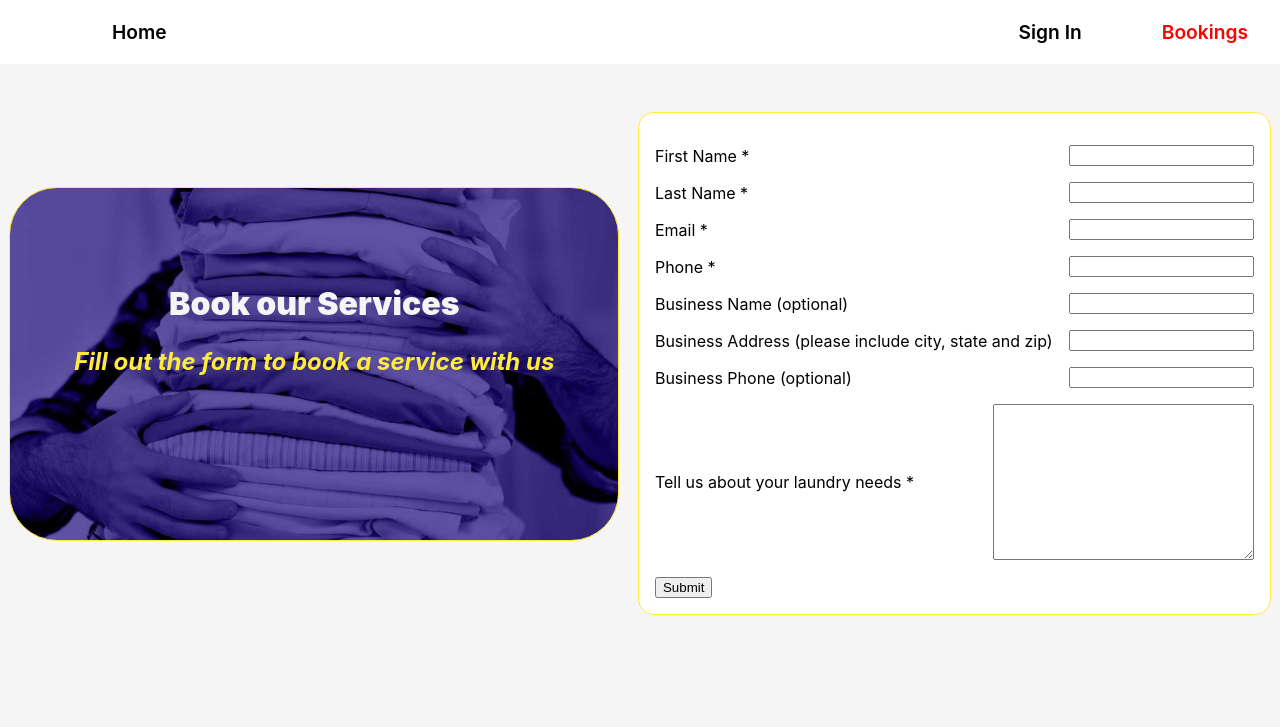
Repository: MikkyPrestige/fake-user-authentication
Page: /booking
These files come from the project's save history. The page is drawn as it stood at one moment and after the next save; the edit follows.
The browser window is 1280 px wide. The pictures show the whole page.
The project was rebuilt for these pictures with package versions that can differ from the ones it lists, and the page was loaded fresh each time. Also part of the build but not shown: src/assets/styles/home.css, src/components/home.jsx.

Above is the page before, as saved 2022-11-20 03:23:44.

### src/index.css
body {
  margin: 0;
  font-family: -apple-system, BlinkMacSystemFont, 'Segoe UI', 'Roboto', 'Oxygen',
    'Ubuntu', 'Cantarell', 'Fira Sans', 'Droid Sans', 'Helvetica Neue',
    sans-serif;
  -webkit-font-smoothing: antialiased;
  -moz-osx-font-smoothing: grayscale;
  /* background-image: url(./assets/img/pattern_blue-1.jpg);
  background-repeat: no-repeat;
  background-size: cover;
  background-position: center;
  background-attachment: fixed; */
}

code {
  font-family: source-code-pro, Menlo, Monaco, Consolas, 'Courier New',
    monospace;
}

### src/App.jsx
import React from "react";
import { Route, Routes } from "react-router-dom";
import { Home, Navigation, Booking } from "./components";

function App() {
  return (
    <div className="App">
      <Navigation />
      <Routes>
      <Route path="/" element={< Home />} />
      <Route path="/booking" element={< Booking />} />
      </Routes>
    </div>
  );

}

export default App;

### src/components/index.js
export { default as Home } from './home';
export { default as Navigation } from './navigation';
export { default as Booking } from './booking';

### src/components/navigation.jsx
// NAVIGATION COMPONENT

import React from "react";
import { NavLink } from "react-router-dom";
import "../assets/styles/navigation.css";

const Navigation = () => {
  return (
    <div className="navigation">
      <nav className="navigation__links">
        <div className="navigation--link">
          <NavLink
            style={({ isActive }) =>
              isActive ? { color: "red" } : { color: "black" }
            }
            to="/"
            className="navigation__link--item"
          >
            Home
          </NavLink>
        </div>
        <div className="navigation__link--wrapper">
          <NavLink
            style={({ isActive }) =>
              isActive ? { color: "red" } : { color: "black" }
            }
            to="/signIn"
            className="navigation__link--item"
          >
            Sign In
          </NavLink>
          <NavLink
            style={({ isActive }) =>
              isActive ? { color: "red" } : { color: "black" }
            }
            to="/booking"
            className="navigation__link--item"
          >
            Bookings
          </NavLink>
        </div>
      </nav>
    </div>
  );
};

export default Navigation;

### src/components/booking.jsx
// REGISTER COMPONENT: This component is for the form to register with the company in the app

import React from "react";
import { useState } from "react";
import "../assets/styles/booking.css";

const Booking = () => {
  // Create a state for the form
  const [form, setForm] = useState({
    firstName: "",
    lastName: "",
    email: "",
    businessName: "",
    businessAddress: "",
    businessPhone: "",
    order: "",
  });

  // Create a state for the error
  const [error, setError] = useState({});
  // Create a state for the success
  const [success, setSuccess] = useState(false);

  // Create a function to handle the change
  const handleChange = (e) => {
    const { name, value } = e.target;
    setForm({ ...form, [name]: value }); // A spread operator is used to copy the form object and then add the name and value to the form object and then set the form object to the new form object with the name and value added to it
  };

  // Create a function to handle the submit
  const handleSubmit = (e) => {
    e.preventDefault();
    console.log(form);
    // Validate the form
    const validate = () => {
      let error = {};
      if (!form.firstName) {
        error.firstName = "First name is required";
      }
      if (!form.lastName) {
        error.lastName = "Last name is required";
      }
      if (!form.email) {
        error.email = "Email is required";
      }
      if (!form.phone) {
        error.phone = "Phone Number is required";
      }
      if (!form.order) {
        error.order = "Order is required";
      }
      return error;
    };
    // Set the error
    setError(validate());
    // Check if there is no error
    if (Object.keys(validate()).length === 0) {
      setSuccess(true);
    }
  };

  return (
    <div className="booking">
      <div className="booking__wrapper">
        <div className="booking__content">
          <h1 className="booking__title">Book our Services</h1>
          <p className="booking__description">
            Fill out the form to book a service with us
          </p>
        </div>
        <form className="booking__form" onSubmit={handleSubmit}>
          <div className="booking__form--group">
            <label htmlFor="firstName" className="booking__form--label">
              First Name *
            </label>
            <input
              type="text"
              name="firstName"
              id="firstName"
              className="booking__form--input"
              onChange={handleChange}
              required
            />
            {error.firstName && (
              <p className="booking__form--error">{error.firstName}</p>
            )}
          </div>
          <div className="booking__form--group">
            <label htmlFor="lastName" className="booking_form--label">
              Last Name *
            </label>
            <input
              type="text"
              name="lastName"
              id="lastName"
              className="booking__form--input"
              onChange={handleChange}
              required
            />
            {error.lastName && (
              <p className="booking__form--error">{error.lastName}</p>
            )}
          </div>
          <div className="booking__form--group">
            <label htmlFor="email" className="booking__form--label">
              Email *
            </label>
            <input
              type="email"
              name="email"
              id="email"
              className="booking__form--input"
              onChange={handleChange}
              required
            />
            {error.email && (
              <p className="booking__form--error">{error.email}</p>
            )}
          </div>
          <div className="booking__form--group">
            <label htmlFor="phone" className="booking__form--label">
              Phone *
            </label>
            <input
              type="tel"
              name="phone"
              id="phone"
              className="booking__form--input"
              onChange={handleChange}
              required
            />
            {error.phone && (
              <p className="booking__form--error">{error.phone}</p>
            )}
          </div>
          <div className="booking__form--group">
            <label htmlFor="businessName" className="booking__form--label">
              Business Name (optional)
            </label>
            <input
              type="text"
              name="businessName"
              id="businessName"
              className="booking__form--input"
              onChange={handleChange}
            />
          </div>
          <div className="booking__form--group">
            <label htmlFor="businessAddress" className="booking__form--label">
              Business Address (please include city, state and zip)
            </label>
            <input
              type="text"
              name="businessAddress"
              id="businessAddress"
              className="booking__form--input"
              onChange={handleChange}
            />
          </div>
          <div className="booking__form--group">
            <label htmlFor="businessPhone" className="booking__form--label">
              Business Phone (optional)
            </label>
            <input
              type="text"
              name="businessPhone"
              id="businessPhone"
              className="booking__form--input"
              onChange={handleChange}
            />
          </div>
          <div className="booking__form--group">
            <label htmlFor="order" className="booking__form--label">
              Tell us about your laundry needs *
            </label>
            <textarea
              name="order"
              id="order"
              cols="30"
              rows="10"
              className="booking__form--input"
              onChange={handleChange}
              required
            ></textarea>
            {error.order && (
              <p className="booking__form--error">{error.order}</p>
            )}
          </div>
          <button className="booking__form--button">Submit</button>
        </form>
        {success && (
          <p className="booking__form--success">
            Your order is received and been fast tracked.
            <span>Thank you for choosing us.</span>
          </p>
        )}
      </div>
    </div>
  );
};

export default Booking;

### src/assets/styles/navigation.css
.navigation {
    background-color: #fff;
    height: 4rem;
    position: fixed;
    top: 0;
    width: 100%;
    z-index: 100;
}

.navigation__links {
    display: flex;
    justify-content: space-between;
    align-items: center;
    height: 100%;
    padding: 0 2rem;
}

.navigation__link--item {
    font-size: 1.2rem;
    font-weight: 600;
    text-decoration: none;
}

.navigation--link {
  margin-left: 5rem;
}

.navigation__link--wrapper {
  display: flex;
  align-items: center;
  gap: 5rem;
}

### src/assets/styles/booking.css
.booking {
  background: #f5f5f5;
  padding: 5rem 0;
}

.booking__wrapper {
  display: flex;
  justify-content: space-between;
  align-items: center;
  height: 100%;
}

.booking__content {
  width: 45%;
  height: 20rem;
  background-image: url(../img/folded-clothes.jpeg);
  background-repeat: no-repeat;
  background-size: cover;
  background-position: center;
  text-align: center;
  padding: 1rem;
  margin: 2rem auto;
  border: 1px solid #ffeb3b;
  border-radius: 3rem;
  -webkit-border-radius: 3rem;
  -moz-border-radius: 3rem;
  -ms-border-radius: 3rem;
  -o-border-radius: 3rem;
}

.booking__title {
  font-size: 2rem;
  font-weight: 900;
  color: #f5f5f5;
  margin-top: 5rem;
}

.booking__description {
  font-size: 1.5rem;
  font-style: italic;
  font-weight: 700;
  color: #ffeb3b;
}

.booking__form {
  background: #fff;
  padding: 1rem;
  margin: 2rem auto;
  border: 1px solid #ffeb3b;
  border-radius: 1rem;
  -webkit-border-radius: 1rem;
  -moz-border-radius: 1rem;
  -ms-border-radius: 1rem;
  -o-border-radius: 1rem;
}

.booking__form--group {
  display: flex;
  justify-content: space-between;
  align-items: center;
  gap: 1rem;
  margin: 1rem 0;
}

Loaded but not shown: public/index.html (common file); src/index.js (common file)

After the next save:
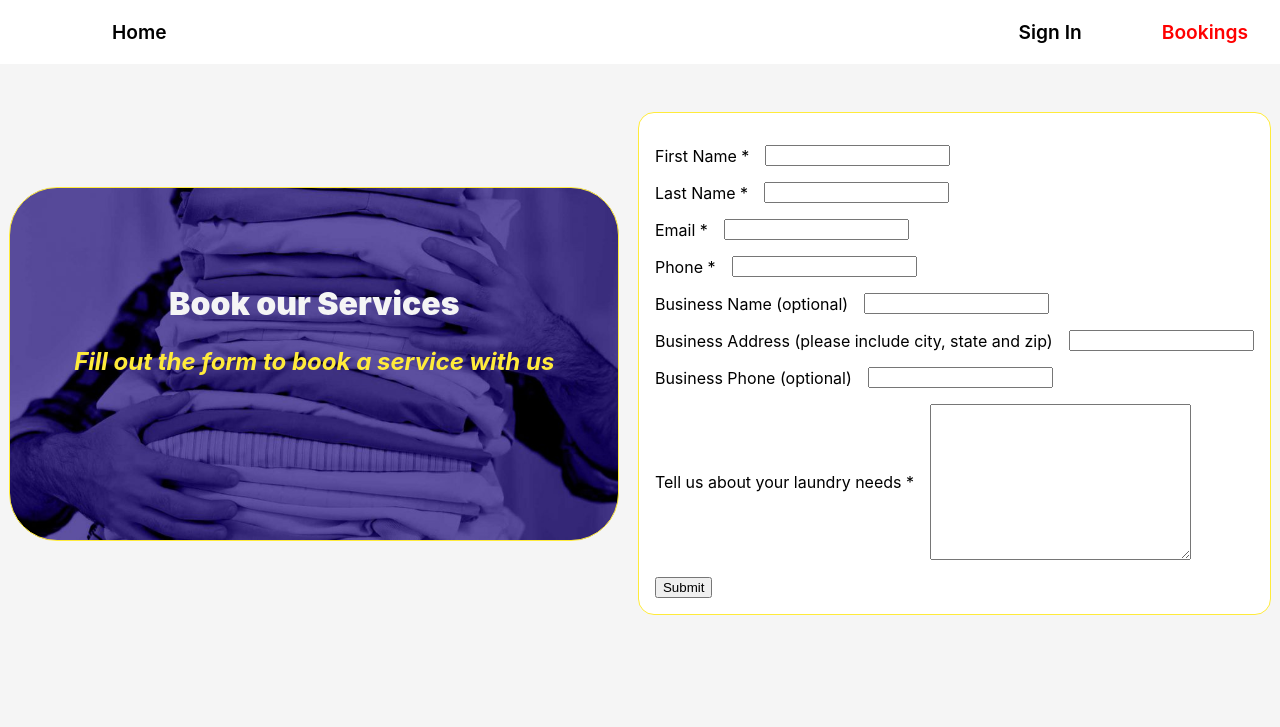
Saved 40 s later.
--- a/src/assets/styles/booking.css
+++ b/src/assets/styles/booking.css
@@ -56,7 +56,7 @@
 
 .booking__form--group {
   display: flex;
-  justify-content: space-between;
+  /* justify-content: space-between; */
   align-items: center;
   gap: 1rem;
   margin: 1rem 0;

After the save that followed:
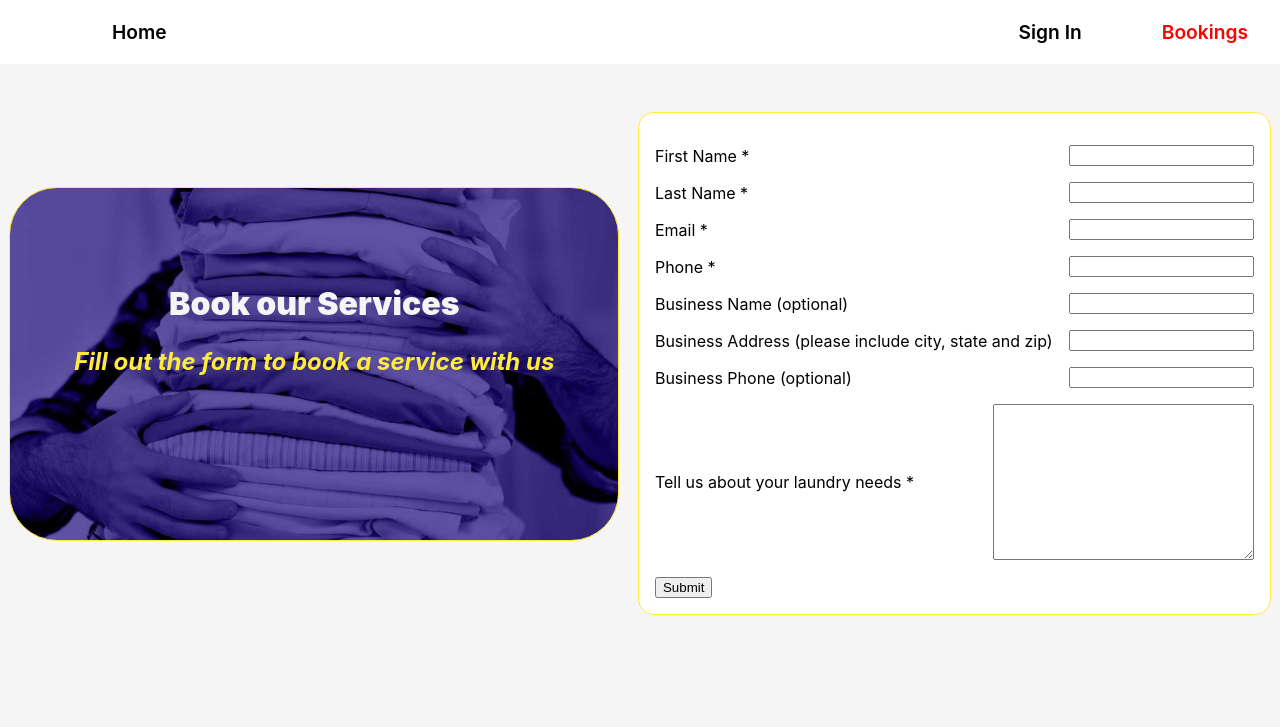
Saved 7 s later.
--- a/src/assets/styles/booking.css
+++ b/src/assets/styles/booking.css
@@ -56,7 +56,7 @@
 
 .booking__form--group {
   display: flex;
-  /* justify-content: space-between; */
+  justify-content: space-between;
   align-items: center;
   gap: 1rem;
   margin: 1rem 0;
